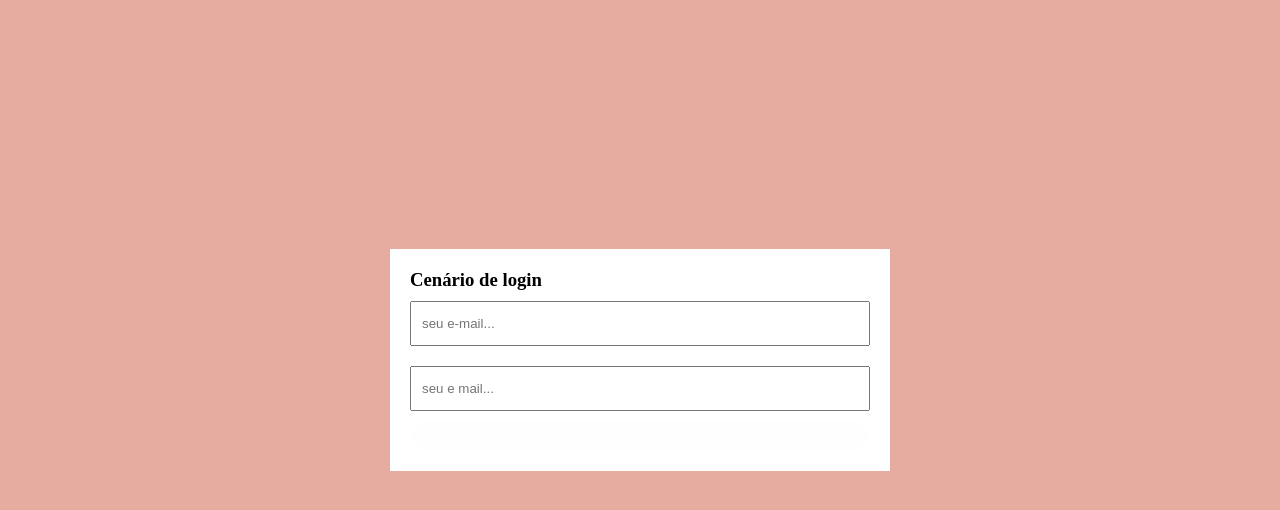
Repository: josceno/Sistema-para-controle-de-experimenta-o-animal
Page: index.html
An editor plug-in stored every save of this project. The page is shown before and after the next save, followed by the edit.
The browser window is 1280 px wide. The pictures show the whole page.

Above is the page before, as saved 2021-09-13 15:55:47.

After the next save:
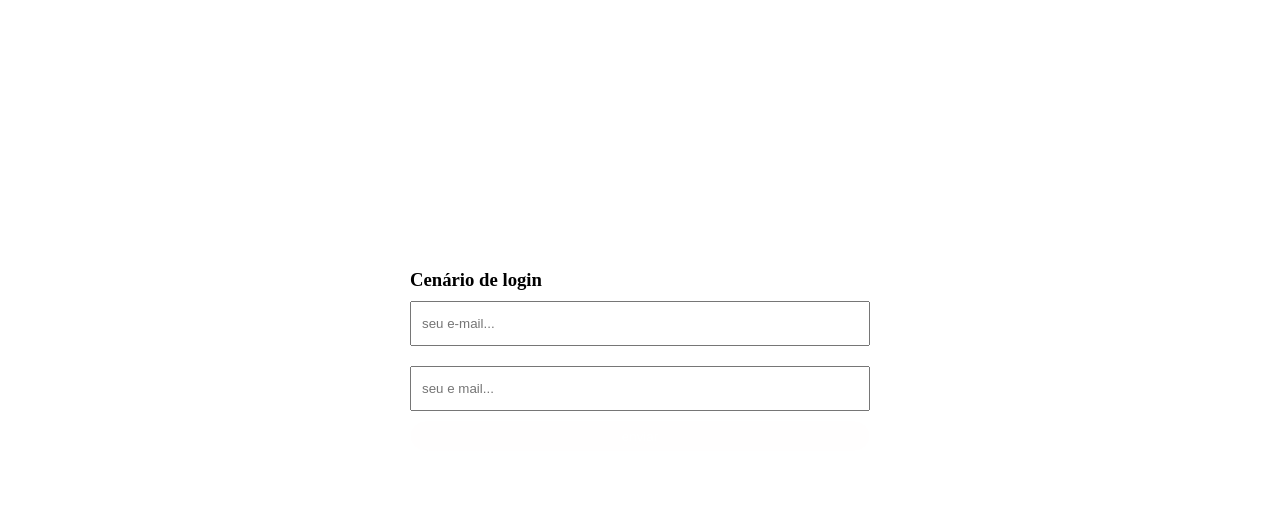
Saved 15 s later.
--- a/index.html
+++ b/index.html
@@ -7,7 +7,7 @@
         *{margin:0; padding:0;box-sizing: border-box;}
         body
         {
-            background-color: #c53f216e;
+            background-color: #c53f2100;
         }
         form
         {
